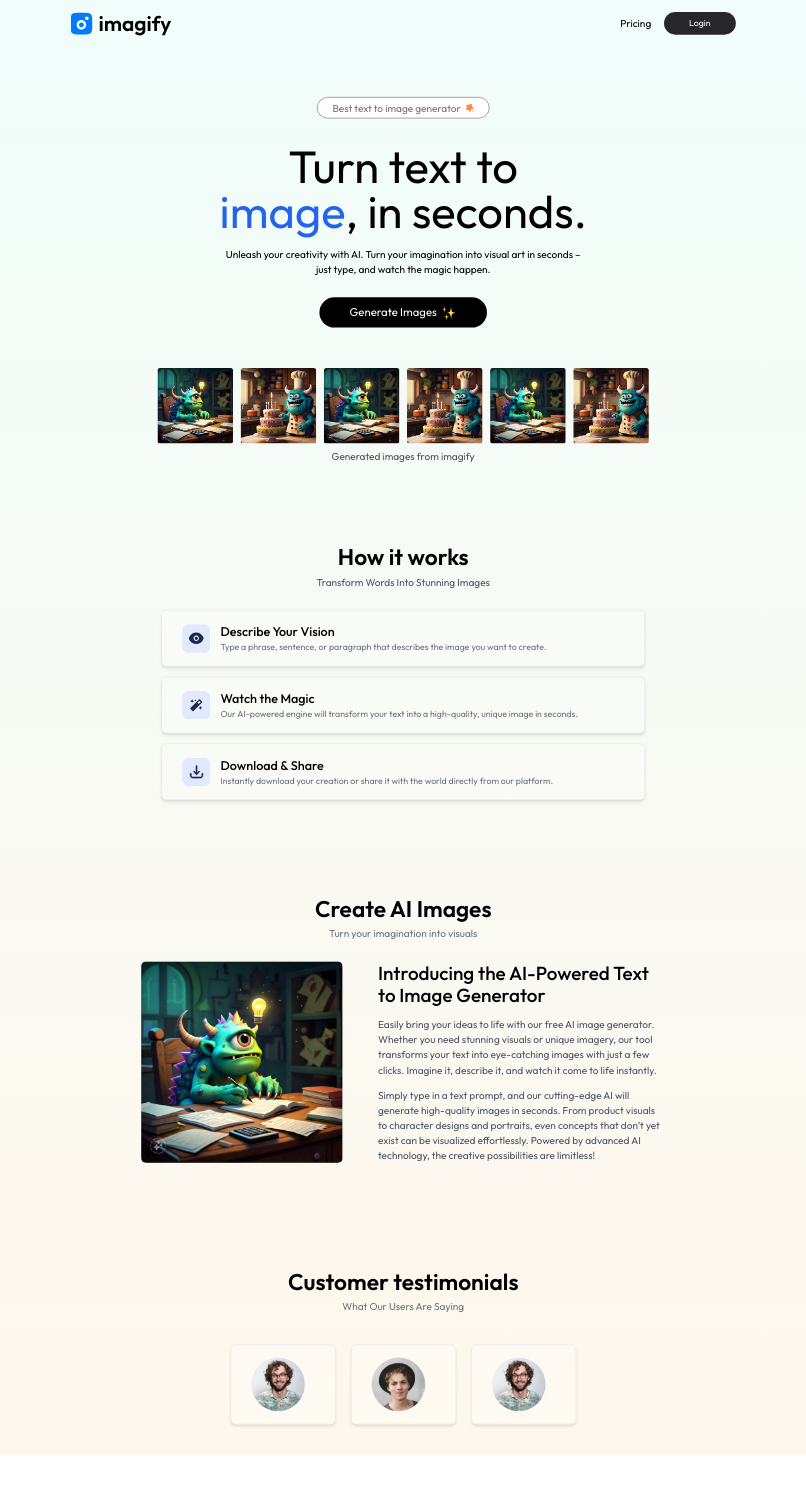
Repository: Abrammse/Abraify
Page: /
These files come from the project's save history. The page is drawn as it stood at one moment and after the next save; the edit follows.
The browser window is 1280 px wide. The pictures show the whole page, at 63% of full size.
The project was rebuilt for these pictures with package versions that can differ from the ones it lists, and the page was loaded fresh each time. Also part of the build but not shown: vite.config.js, src/pages/Buycredit.jsx.

Above is the page before, as saved 2024-11-25 11:58:07.

After the next save:
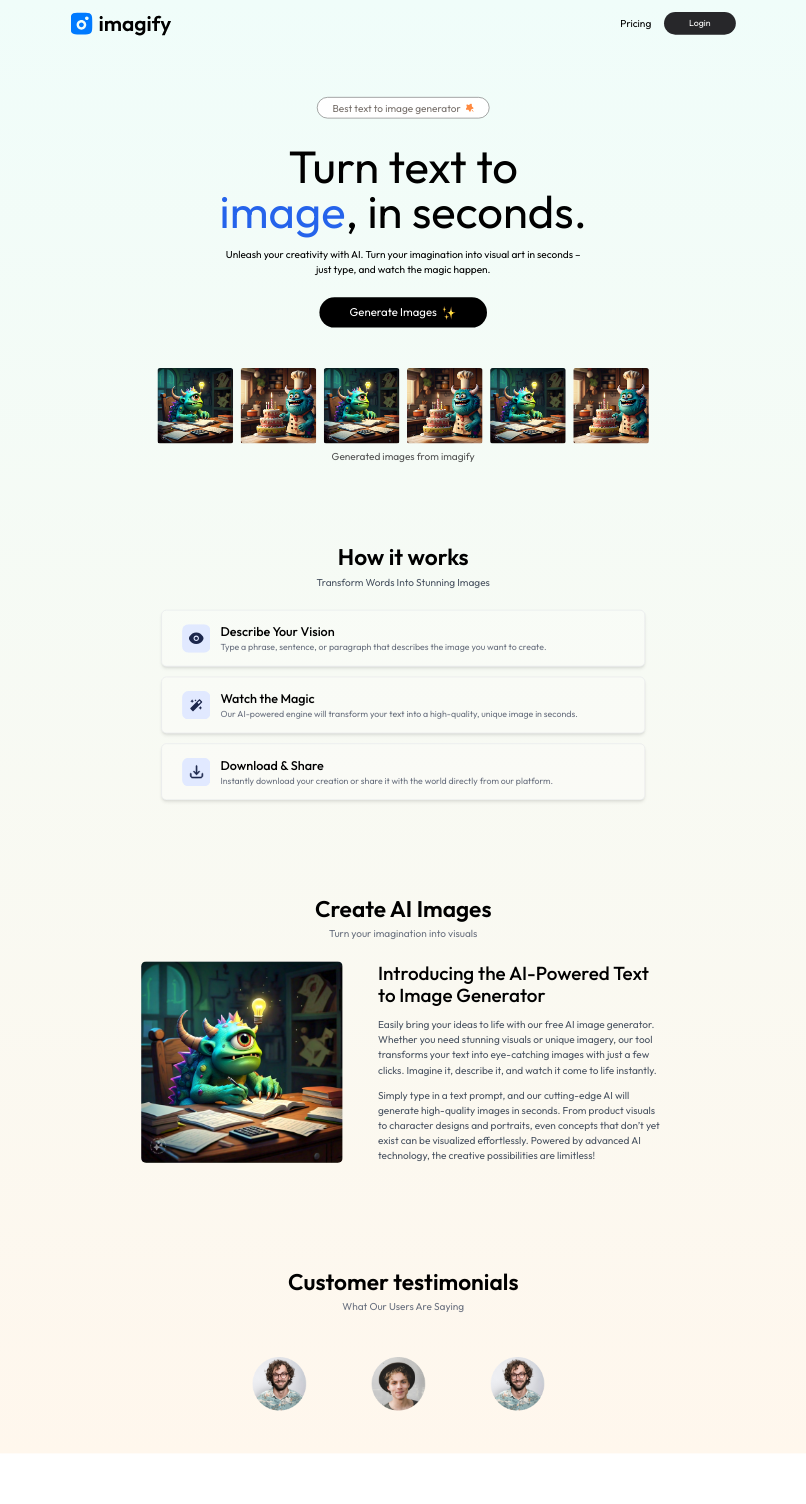
Saved 10 s later.
--- a/src/components/testimonials.jsx
+++ b/src/components/testimonials.jsx
@@ -9,7 +9,7 @@ const Testimonials = () => {
 
             <div className='flex flex-wrap gap-6 '>
         {testimonialsData.map((item,index)=>(
-            <div key={index}  className='flex items-center gap-4 px-8 p-5 bg-white/20 shadow-md border cursor-pointer hover:scale-[1.02]  transition-all  duration-300 rounded-lg ' >
+            <div key={index}  className='flex items-center gap-4 px-8 p-5 bg-w ' >
                 <img src={item.image} alt="" />
             <div>
                 <h2 className='text-xl  font-medium' > {item.title}</h2>
